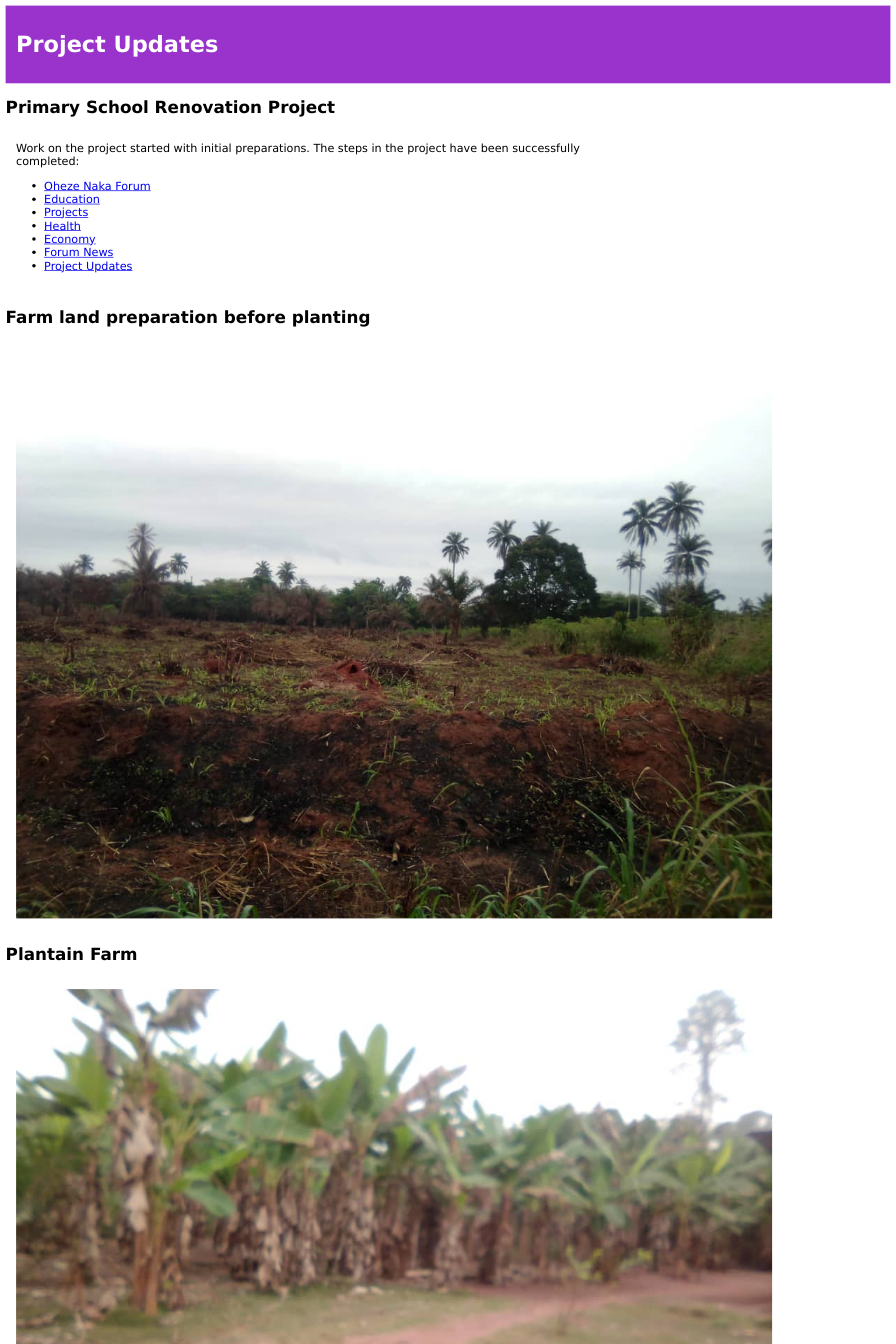
Repository: OtasowieRotimiOsifo/oheze-naka-forum
Page: projects_update_info.html
The author's editor kept a copy of each file at every save. The page is drawn from the files as they stood at one save, then again after the next save.
The browser window is 1280 px wide. The pictures show the part of the page from y = 0 to 1920 px (the page is 7714 px tall), at 70% of full size.

Above is the page before, as saved 2021-07-23 23:23:25.

### projects_update_info.html
<!DOCTYPE html>
<html lang="en">

<meta name="viewport" content="width=device-width, initial-scale=1.0">
<style>
* {
  box-sizing: border-box;
}

.row::after {
  content: "";
  clear: both;
  display: table;
}

[class*="col-"] {
  float: left;
  padding: 15px;
}

html {
  font-family: "Lucida Sans", sans-serif;
}

.header {
  background-color: #9933cc;
  color: #ffffff;
  padding: 15px;
}

.menu ul {
  list-style-type: none;
  margin: 0;
  padding: 0;
}

.menu li {
  padding: 8px;
  margin-bottom: 7px;
  background-color: #33b5e5;
  color: #ffffff;
  box-shadow: 0 1px 3px rgba(0,0,0,0.12), 0 1px 2px rgba(0,0,0,0.24);
}

.menu li:hover {
  background-color: #0099cc;
}

.aside {
  background-color: #4E38A9;
  padding: 15px;
  color: #ffffff;
  text-align: center;
  font-size: 14px;
  box-shadow: 0 1px 3px rgba(0,0,0,0.12), 0 1px 2px rgba(0,0,0,0.24);
}

.footer {
  background-color: #0099cc;
  color: #ffffff;
  text-align: center;
  font-size: 12px;
  padding: 15px;
}

/* For mobile phones: */
[class*="col-"] {
  width: 100%;
}

@media only screen and (min-width: 600px) {
  /* For tablets: */
  .col-s-1 {width: 8.33%;}
  .col-s-2 {width: 16.66%;}
  .col-s-3 {width: 25%;}
  .col-s-4 {width: 33.33%;}
  .col-s-5 {width: 41.66%;}
  .col-s-6 {width: 50%;}
  .col-s-7 {width: 58.33%;}
  .col-s-8 {width: 66.66%;}
  .col-s-9 {width: 75%;}
  .col-s-10 {width: 83.33%;}
  .col-s-11 {width: 91.66%;}
  .col-s-12 {width: 100%;}
}
@media only screen and (min-width: 768px) {
  /* For desktop: */
  .col-1 {width: 8.33%;}
  .col-2 {width: 16.66%;}
  .col-3 {width: 25%;}
  .col-4 {width: 33.33%;}
  .col-5 {width: 41.66%;}
  .col-6 {width: 50%;}
  .col-7 {width: 58.33%;}
  .col-8 {width: 66.66%;}
  .col-9 {width: 75%;}
  .col-10 {width: 83.33%;}
  .col-11 {width: 91.66%;}
  .col-12 {width: 100%;}
}
</style>
<head>
<title> Project Updates </title>
</head>
<body>

<div class="header">
  <h1>Project Updates</h1>
</div>
<div class="row">
  <h2>Primary School Renovation Project</h2>
  <div class="col-8 col-s-9">
      <span>Work on the project started with initial preparations. The steps in the project have been successfully completed:</span>
      <ul>
        <li><a href="oheze_naka_forum.html">Oheze Naka Forum</a></li>
        <li><a href="adolor.html">Education</a></li>
        <li><a href="projects.html">Projects</a></li>
        <li><a href="maternity.html">Health</a></li>
        <li><a href="economy.html">Economy</a></li>
        <li><a href="activities.html">Forum News</a></li>
        <li><a href="projects_update_info.html">Project Updates</a></li>
      </ul>
    </div>
  </div>
  <div class="row">
    <h2>Farm land preparation before planting </h2>
    <div  class="col-12 col-s-12">
      <img src="img/farm-land-preparation.jpeg"/>
  </div>
  </div>
  <div class="row">
    <h2>Plantain Farm</h2>
    <div  class="col-12 col-s-12">
      <img src="img/plantain-farm2.jpg"/>
  </div>
  </div>
  <div class="row">
    <h2>Palm Produce</h2>
    <div  class="col-12 col-s-12">
      <img src="img/palm-produce.jpeg"/>
  </div>
  </div>
  <div class="row">
    <h2>Gari Production from Cassava</h2>
    <div  class="col-12 col-s-12">
      <img src="img/gari-production.jpg"/>
  </div>
  </div>
  <div class="row">
    <h2>Yam Production</h2>
    <div  class="col-12 col-s-12">
      <img src="img/yam-production.jpeg"/>
  </div>
  </div>
  <div class="row">
    <h2>Wood for Fuel</h2>
    <div  class="col-12 col-s-12">
      <img src="img/woods.jpg"/>
  </div>
  </div>
  <div class="row">
    <h2>Farm land left to fallow through shifting cultivation</h2>
    <div  class="col-12 col-s-12">
      <img src="img/forest-2.jpg"/>
  </div>
</div>
  <div class="row">
    <div  class="col-12 col-s-12">
    <img src="img/green-environment.jpg"/>
</div>
  </div>
<div class="footer">
  <p>Courtesy of Oheze Naka Forum.</p>
</div>

</body>
</html>

After the next save:
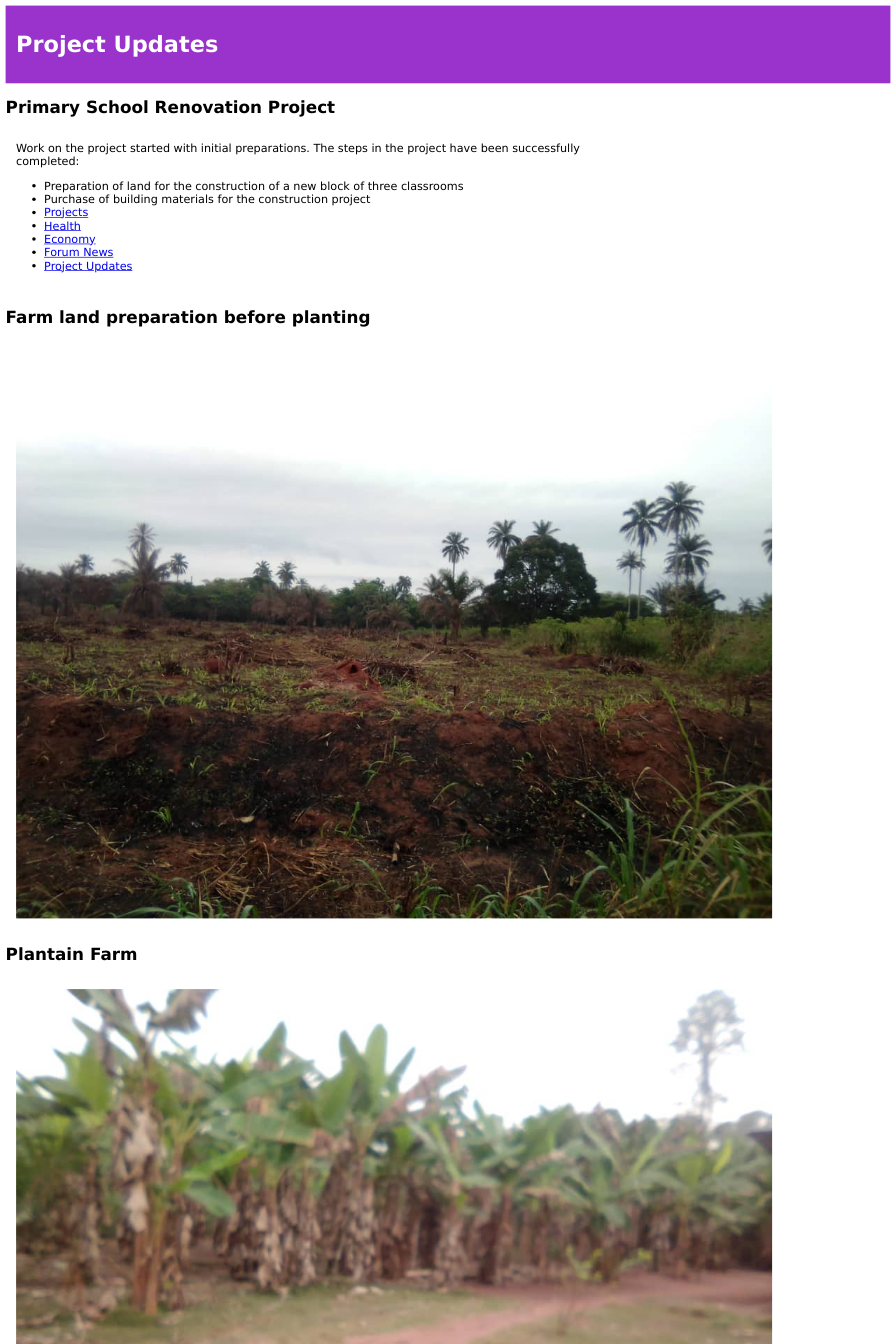
Saved 2 min 57 s later.
--- a/projects_update_info.html
+++ b/projects_update_info.html
@@ -112,8 +112,8 @@ html {
   <div class="col-8 col-s-9">
       <span>Work on the project started with initial preparations. The steps in the project have been successfully completed:</span>
       <ul>
-        <li><a href="oheze_naka_forum.html">Oheze Naka Forum</a></li>
-        <li><a href="adolor.html">Education</a></li>
+        <li>Preparation of land for the construction of a new block of three classrooms</li>
+        <li>Purchase of building materials for the construction project</li>
         <li><a href="projects.html">Projects</a></li>
         <li><a href="maternity.html">Health</a></li>
         <li><a href="economy.html">Economy</a></li>
